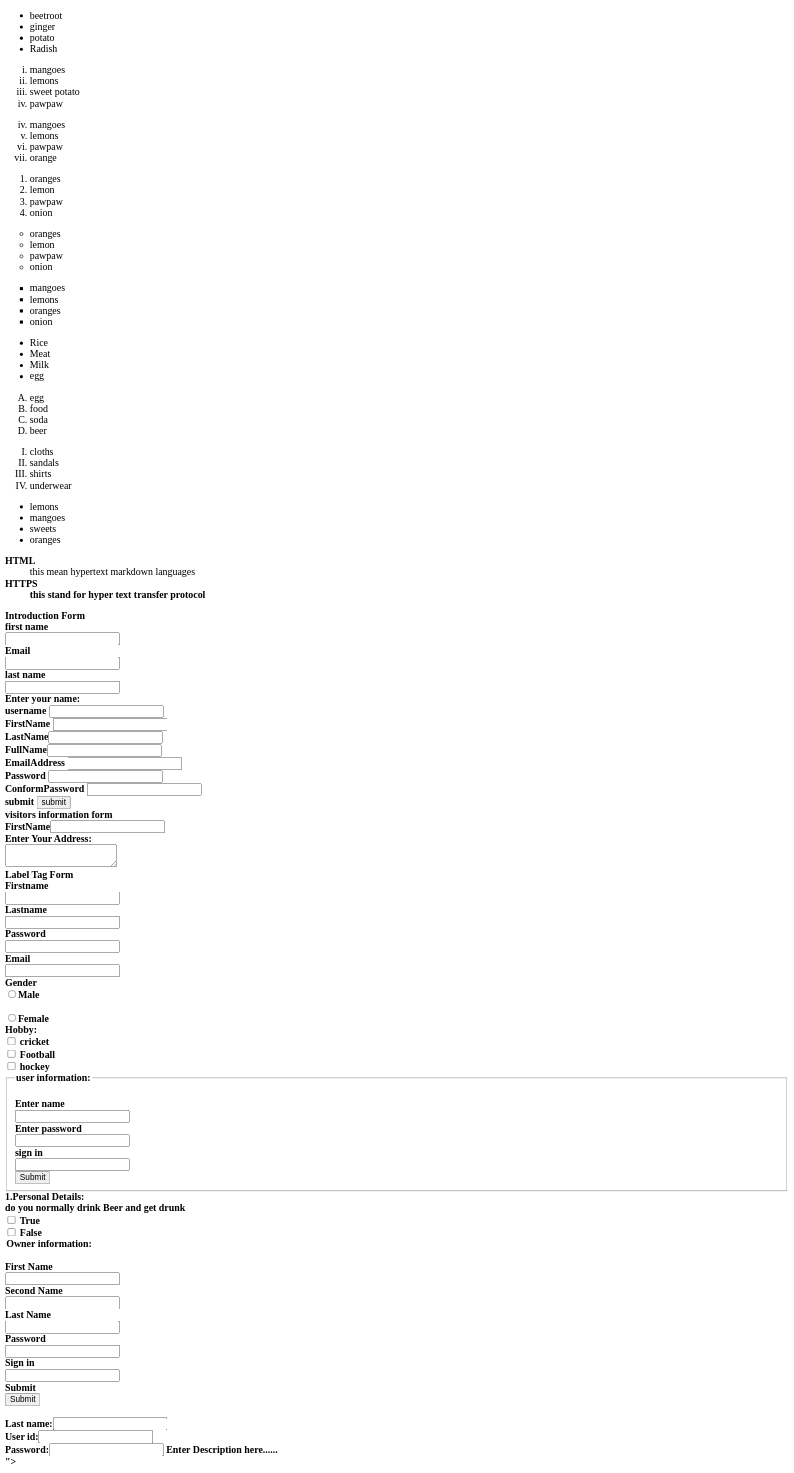
Repository: Okwahi/first--code-lessons
Page: Rinato.html
An editor plug-in stored every save of this project. The page is shown before and after the next save, followed by the edit.
The browser window is 1280 px wide. The pictures show the whole page, at 62% of full size.

Above is the page before, as saved 2023-03-27 12:02:08.

After the next save:
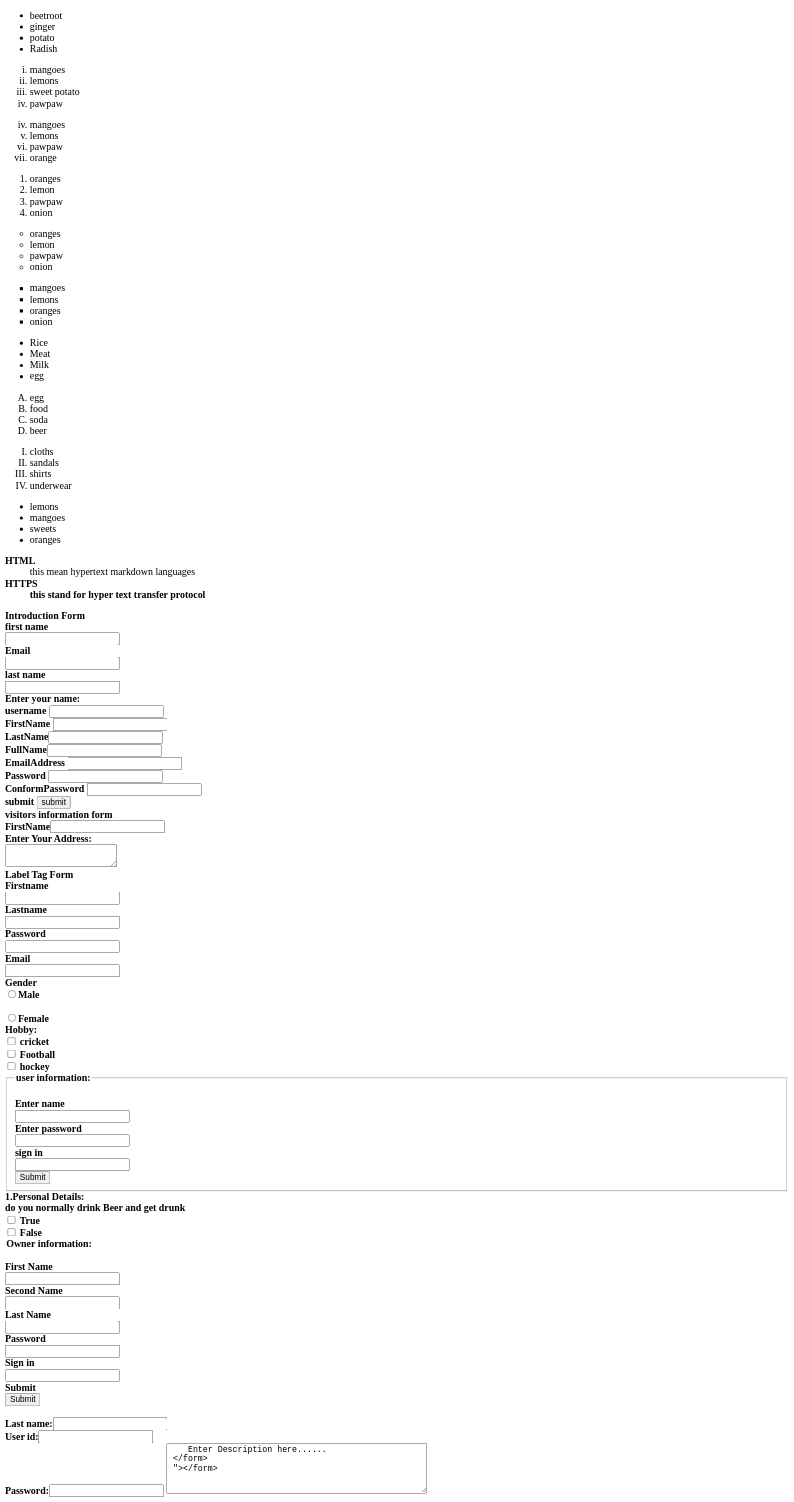
Saved 15 s later.
--- a/Rinato.html
+++ b/Rinato.html
@@ -167,7 +167,7 @@
  User id:<input type ="text" name="User id" /> <br>
  Password:<input type="Password" name="Password" />
 
- <form action="
+ <form
  Description : <br />
  <textarea rows ="5" cols="50" name = "Description">
     Enter Description here......
